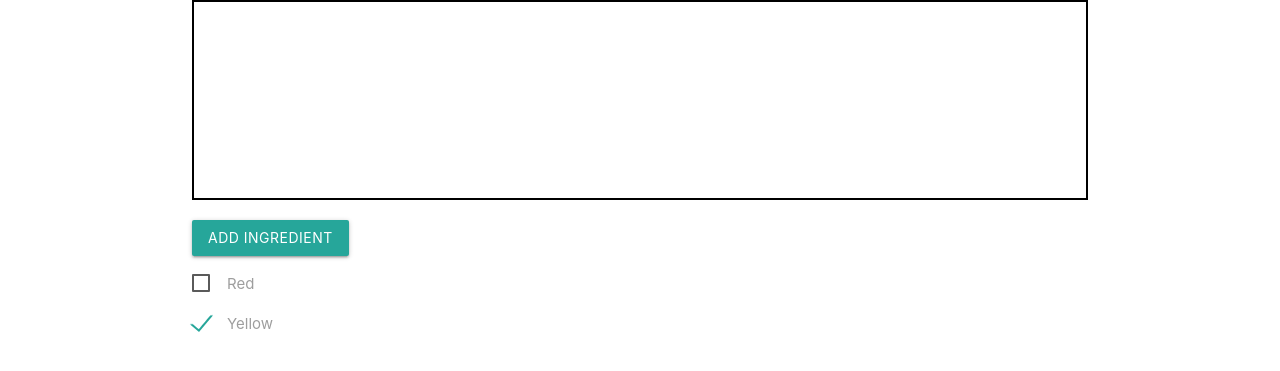
Repository: Aaron-R-Carter/Project1
Page: prototype.html
An editor plug-in stored every save of this project. The page is shown before and after a run of saves, followed by the edit.
The browser window is 1280 px wide. The pictures show the whole page.

Above is the page before, as saved 2019-10-31 22:43:32.
Console error: SyntaxError: Unexpected token '<'

After the next 2 saves:
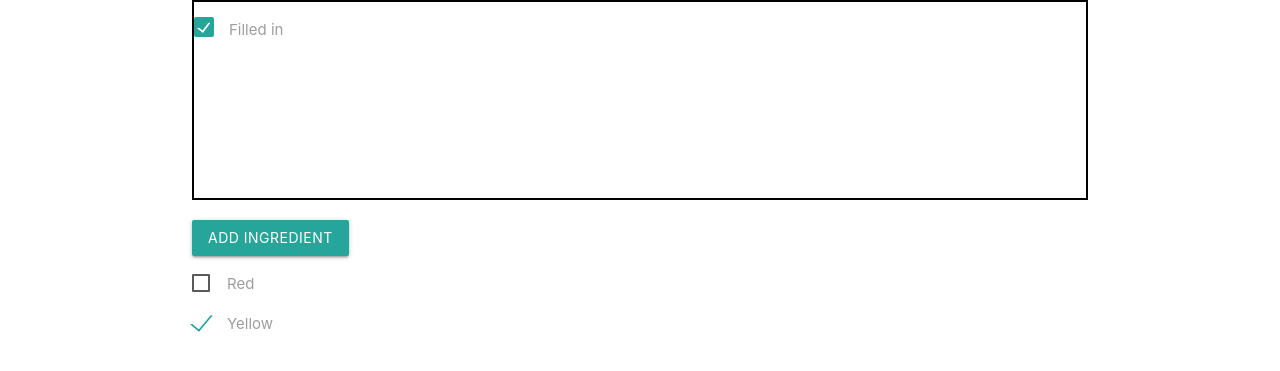
The 2 saves are shown as one change because they came seconds apart.
The last was saved 8 s later.
--- a/prototype.html
+++ b/prototype.html
@@ -19,7 +19,12 @@
 
 
                 <form action="#">
-
+                        <p>
+                                <label>
+                                  <input type="checkbox" class="filled-in" checked="checked" />
+                                  <span>Filled in</span>
+                                </label>
+                              </p>
         </div>
             <form id="ingredient-add-btn" class="row">
 
